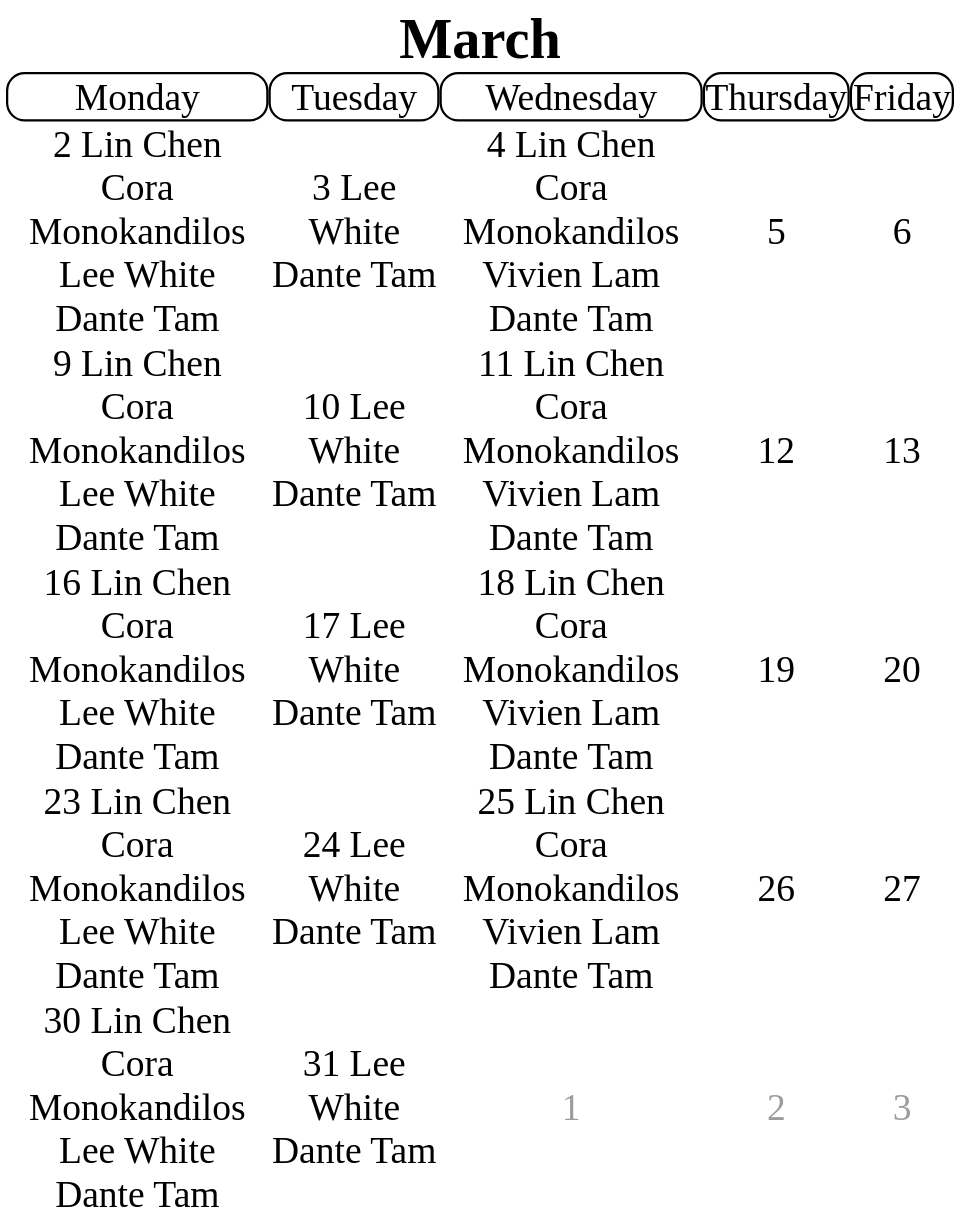
Repository: shleewhite/missionBitCalendar
Page: views/mar.html
The author's editor kept a record of every edit. The page is drawn from the files as they stood at one moment, then again after the next edit.
The browser window is 1280 px wide. The pictures show the whole page, at 75% of full size.

Above is the page before.

After the next edit:
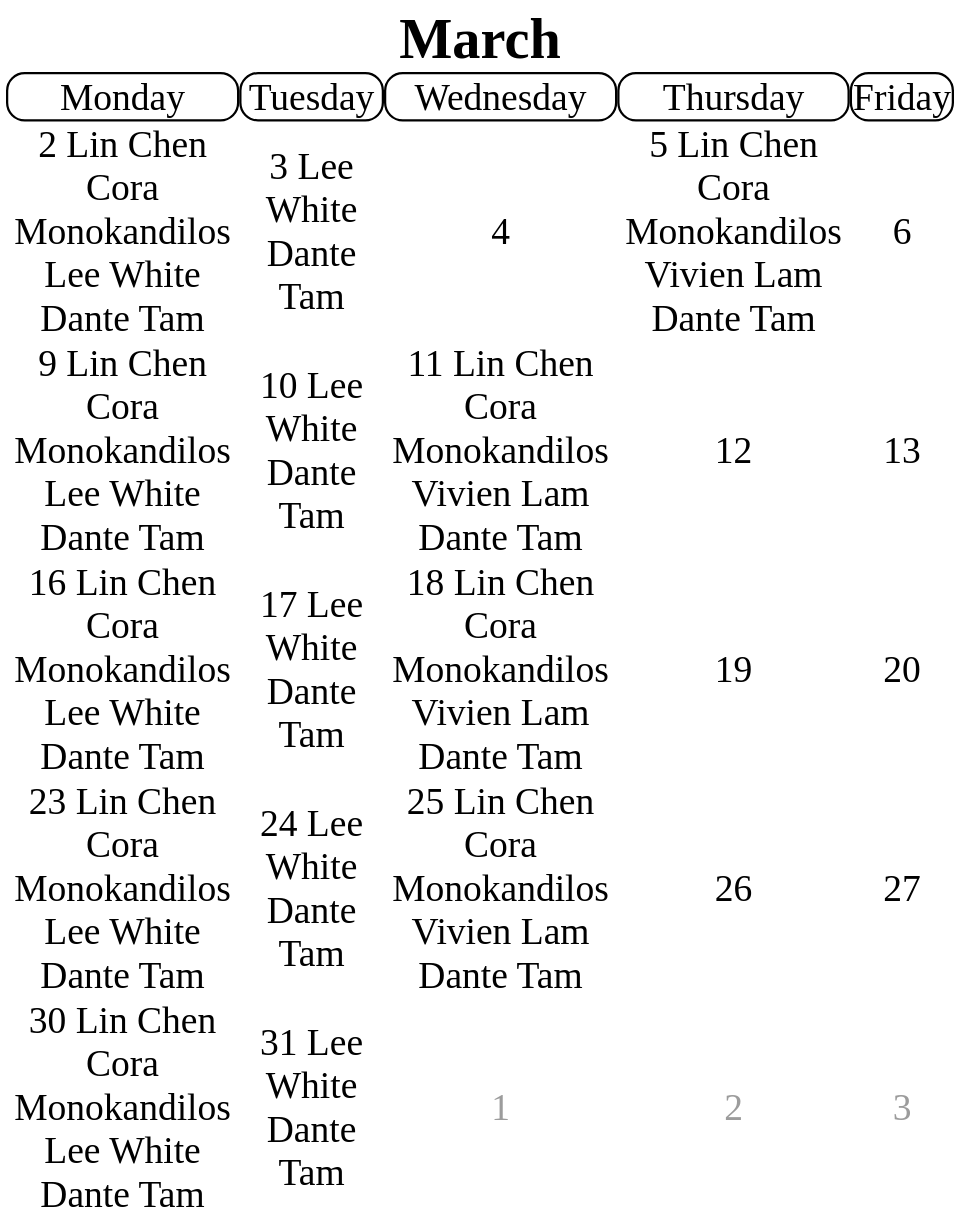
The edit:
--- a/views/mar.html
+++ b/views/mar.html
@@ -15,8 +15,8 @@
             <tr>
                 <td>2 Lin Chen<br>Cora Monokandilos<br>Lee White<br>Dante Tam</td>
                 <td>3 Lee White<br>Dante Tam</td>
-                <td>4 Lin Chen<br>Cora Monokandilos<br>Vivien Lam<br>Dante Tam</td>
-                <td>5</td>
+                <td>4</td>
+                <td>5 Lin Chen<br>Cora Monokandilos<br>Vivien Lam<br>Dante Tam</td>
                 <td>6</td>
             </tr>
             <tr>
